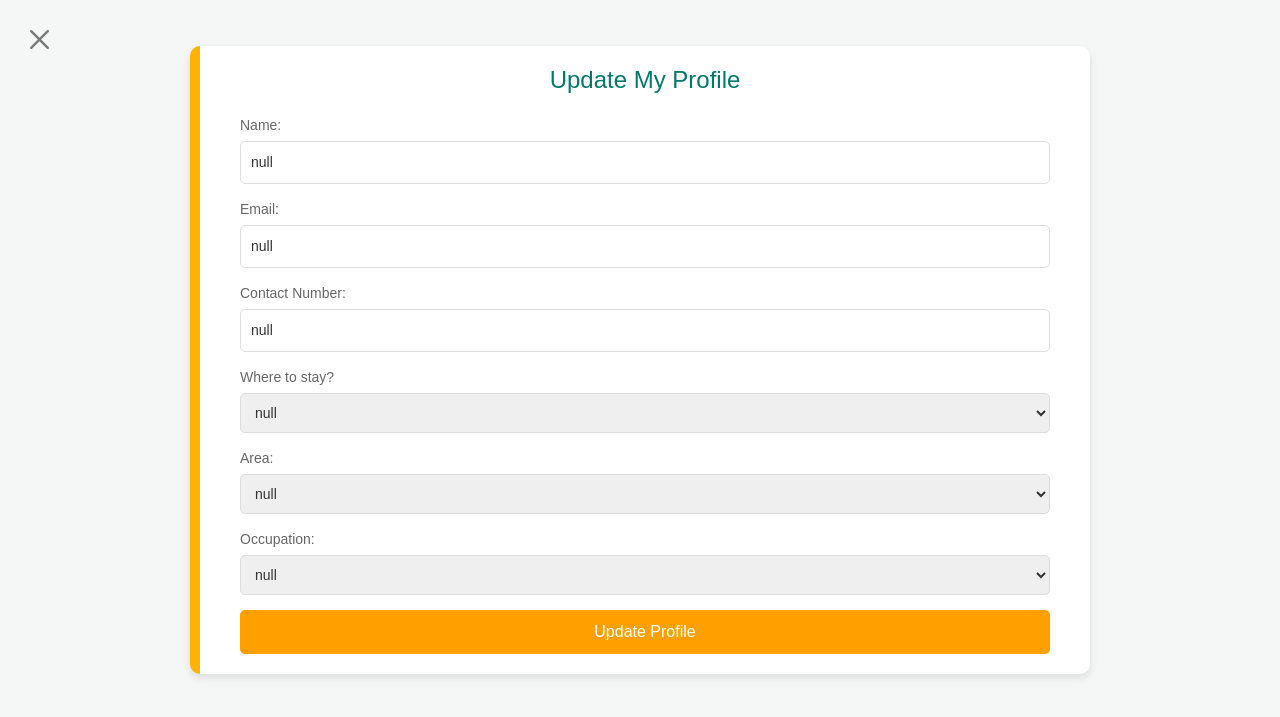
Repository: Sanjana-Inapakolla/Find-your-Roomie-website
Page: http://localhost/MiniProject/update.jsp
The author's editor kept a copy of each file at every save. The page is drawn from the files as they stood at one save, then again after the next save.
The browser window is 1280 px wide. The pictures show the whole page.
The page is served by Tomcat 10. The template is opened directly, without the code that normally fills it, so the values that code supplies are empty.

Above is the page before, as saved 2024-11-13 11:04:30.

After the next save:
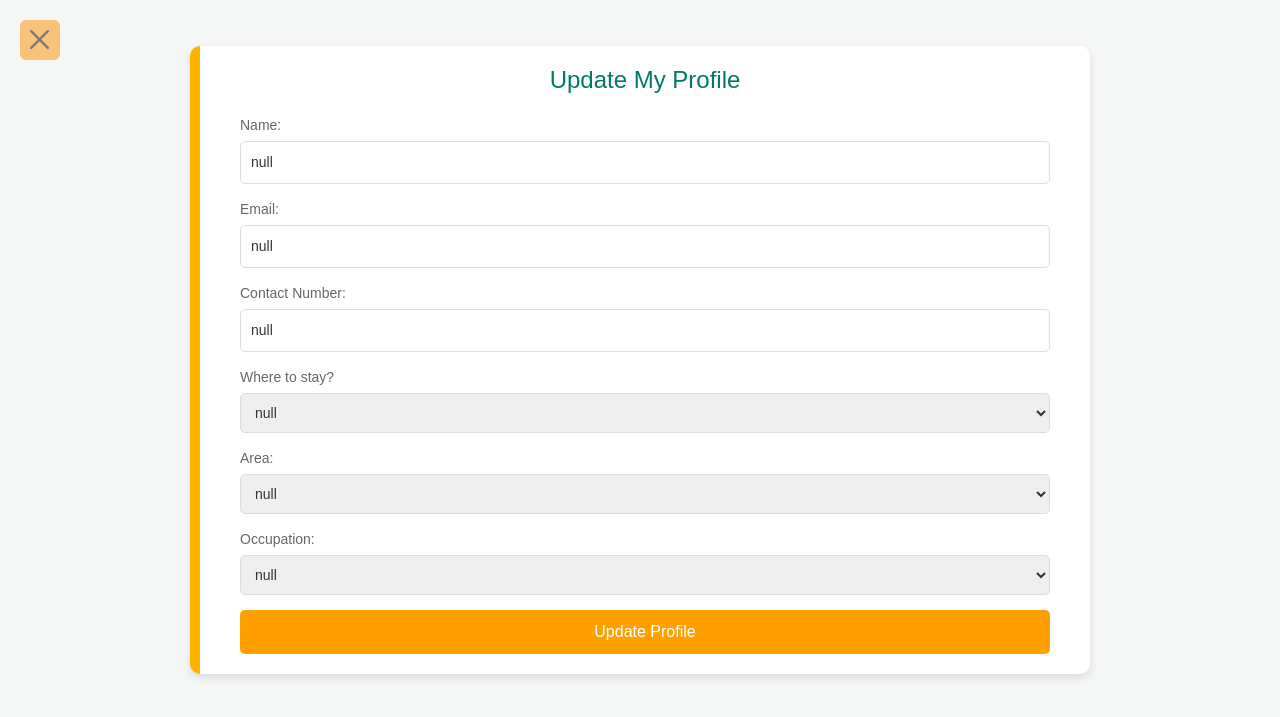
Saved 67 s later.
--- a/mini-project(jfst)/MiniProject/src/main/webapp/update.jsp
+++ b/mini-project(jfst)/MiniProject/src/main/webapp/update.jsp
@@ -93,6 +93,8 @@
 
     .btn-close {
         position: absolute;
+        background-color: #ff8c00; /* Orange for the close button */
+		color: #ffffff; /* White icon */
         top: 20px;
         left: 20px;
         width: 30px;
